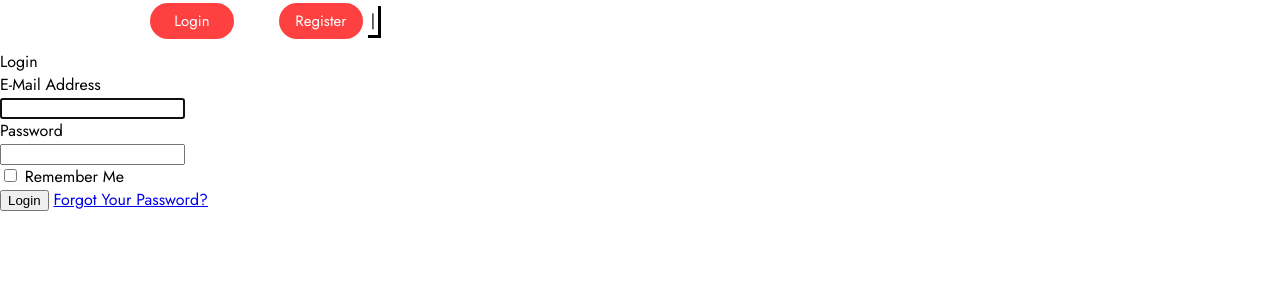
Repository: PatryxB/bikeService
Page: http://localhost/login
The author's editor kept a copy of each file at every save. The page is drawn from the files as they stood at one save, then again after the next save.
The browser window is 1280 px wide. The pictures show the whole page.
The page is served by the project's Laravel application, run on PHP 8.4 with Laravel 8. Other server files are loaded and not shown. Style sheets and scripts are compiled from the project's sources, by tool versions that may differ from the author's.

Above is the page before, as saved 2020-05-01 16:09:31.

### resources/views/layouts/app.blade.php
<!doctype html>
<html lang="{{ str_replace('_', '-', app()->getLocale()) }}">
<head>
    <meta charset="utf-8">
    <meta name="viewport" content="width=device-width, initial-scale=1">

    <!-- CSRF Token -->
    <meta name="csrf-token" content="{{ csrf_token() }}">

    <title>{{ config('app.name', 'Laravel') }}</title>

    <!-- Scripts -->
    <script src="{{ asset('js/app.js') }}" defer></script>

    <!-- Fonts -->
    <link rel="dns-prefetch" href="//fonts.gstatic.com">
    <link href="https://fonts.googleapis.com/css?family=Nunito" rel="stylesheet">

    <!-- Styles -->
    <link href="{{ asset('css/app.css') }}" rel="stylesheet">
</head>
<body>
    <div id="app">
        <nav>
            @if (Route::has('login'))
                @auth
                    <a href="{{ url('/home') }}">Home</a>
                @else
                    <a href="{{ route('login') }}" role="button">Login</a>

                    @if (Route::has('register'))
                        <a href="{{ route('register') }}" role="button" style="margin-left:40px">Register</a>
                    @endif
                @endauth
            @endif
            <a role="button" class="arrow down">|</a>
        </nav>
        <main>
            @yield('content')
        </main>
    </div>
</body>
</html>

### resources/sass/app.scss
@import url('https://fonts.googleapis.com/css2?family=Jost&display=swap');
html, body{
    box-sizing: border-box;
    margin: 0;
    padding: 0;
    font-family: 'Jost', sans-serif;
}
.banner img{
    width: 100%;
    height: 92vh;
    position: relative;
    filter: brightness(90%);
}
.banner-text{
    position: absolute;
    left: 35px;
    bottom: 30%;
    color: white;
    font-size: 50px;
}
h1{
    margin: 20px;
}
nav{
    width: 100%;
    height: 7vh;
}
nav a:nth-child(1), nav a:nth-child(2){
    margin-top: 3px;
    text-decoration: none;
    display: inline-block;
    margin-left: 150px;
    border-radius: 25px;
    background-color: rgb(255, 64, 64);
    color: white;
    font-size: 15px;
    padding: 7px;
    width: 70px;
    text-align: center;
}
.arrow {
    border: solid black;
    border-width: 0 3px 3px 0;
    display: inline-block;
    padding: 3px;
  }

Loaded but not shown: routes/web.php (common file); app/Http/Controllers/Auth/LoginController.php (common file); app/Http/Controllers/Controller.php (common file); app/Http/Controllers/Auth/ConfirmPasswordController.php (common file); resources/views/auth/login.blade.php (common file)

After the next save:
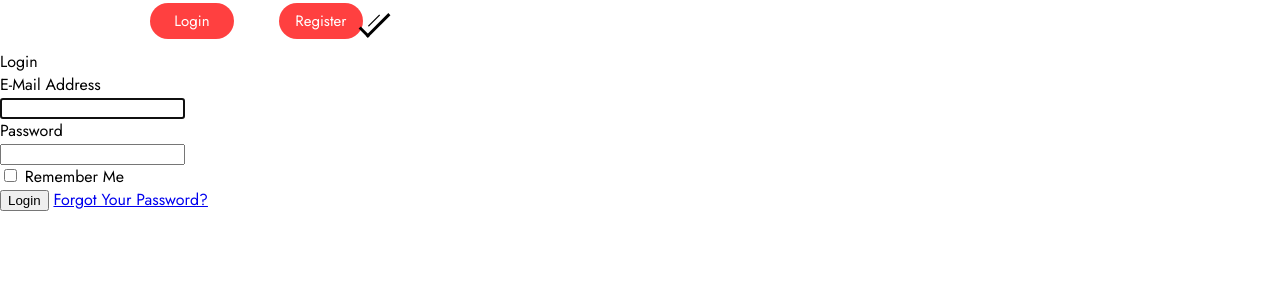
Saved 36 s later.
--- a/resources/sass/app.scss
+++ b/resources/sass/app.scss
@@ -38,9 +38,13 @@ nav a:nth-child(1), nav a:nth-child(2){
     width: 70px;
     text-align: center;
 }
-.arrow {
+.arrow{
     border: solid black;
     border-width: 0 3px 3px 0;
     display: inline-block;
     padding: 3px;
-  }
+}
+.down{
+    transform: rotate(45deg);
+    -webkit-transform: rotate(45deg);
+}
